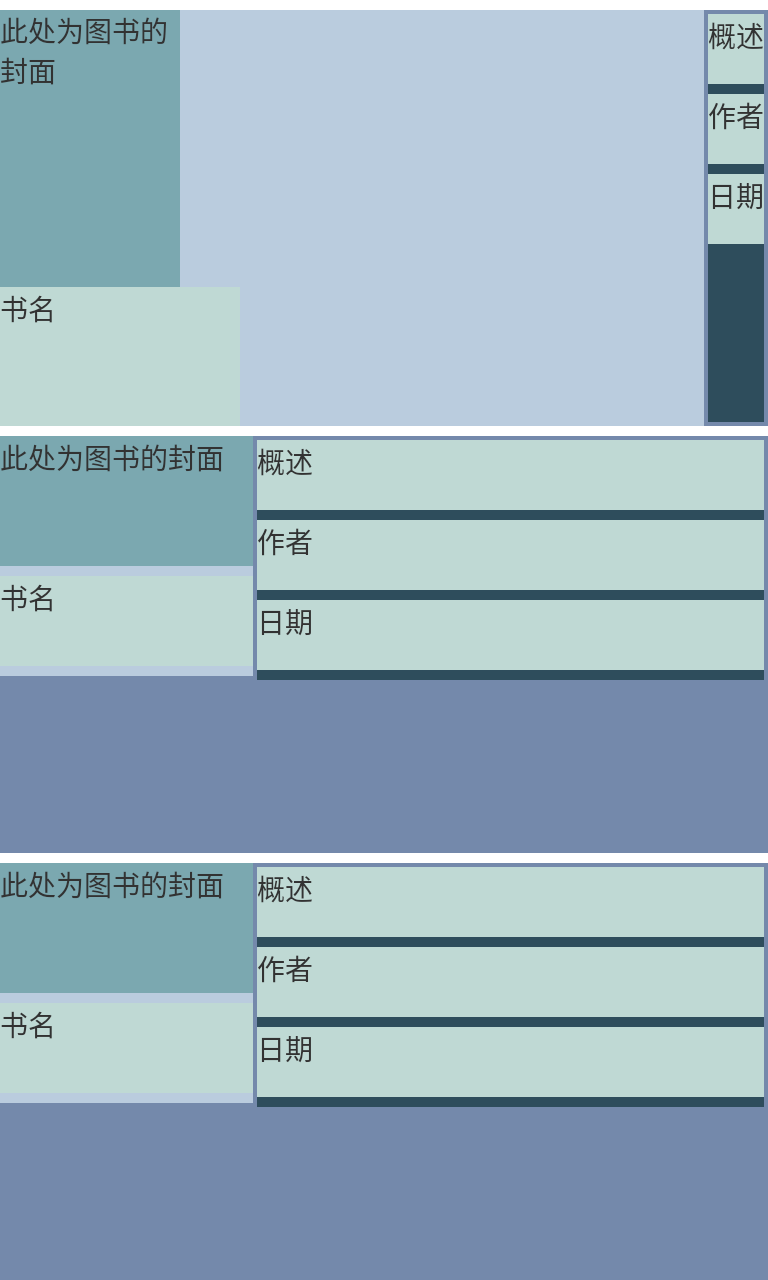
Repository: ling-cen/demo
Layout: Books_view/res/layout/activity_layout.xml
The author's editor kept a copy of each file at every save. The layout is drawn from the files as they stood at one save, then again after the next save.
It is drawn on a 768 x 1280 px phone screen (xhdpi) without system bars, with theme AppTheme; the app's code is not run.

Above is the layout before, as saved 2018-12-12 16:23:11.

After the next save:
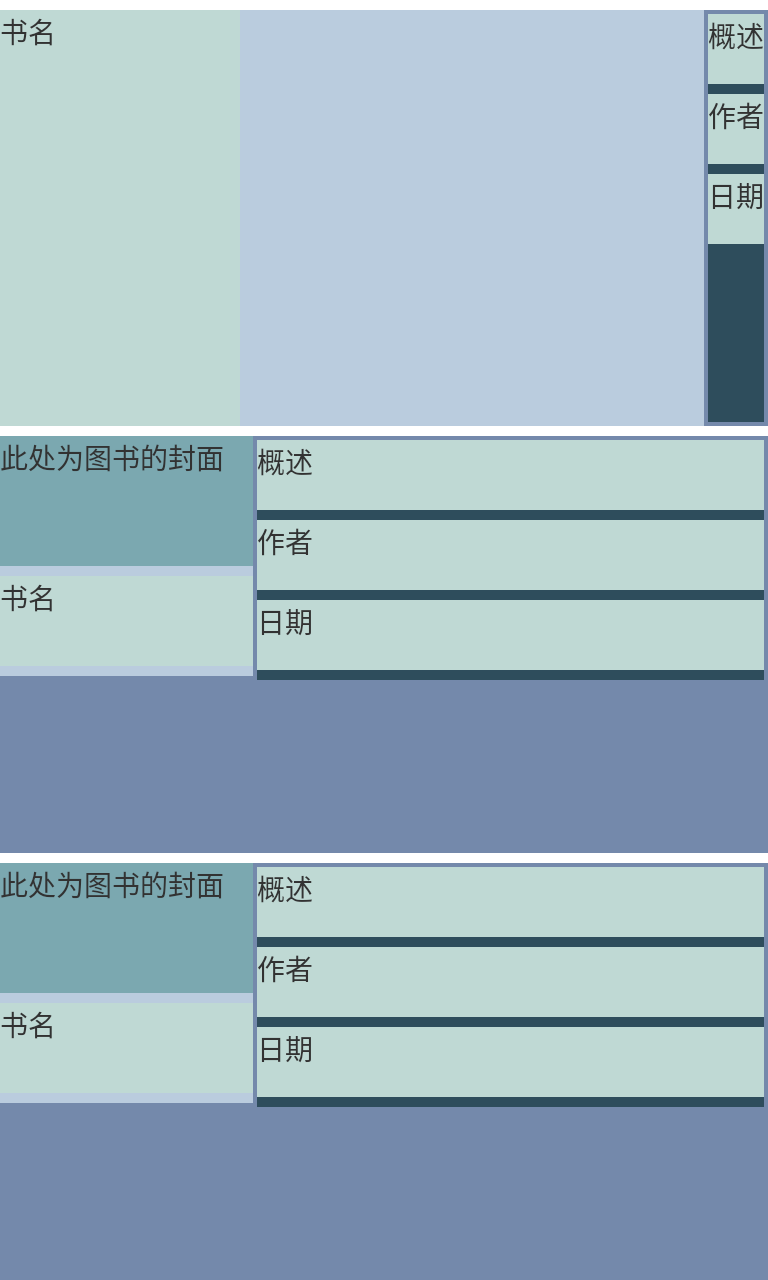
Saved 8 s later.
--- a/Books_view/res/layout/activity_layout.xml
+++ b/Books_view/res/layout/activity_layout.xml
@@ -23,7 +23,6 @@
             <TextView
                 android:layout_width="90dp"
                 android:layout_height="0dp"
-                android:layout_weight="2"
                 android:background="#7ba8b0"
                 android:text="@string/book_image" />
 
